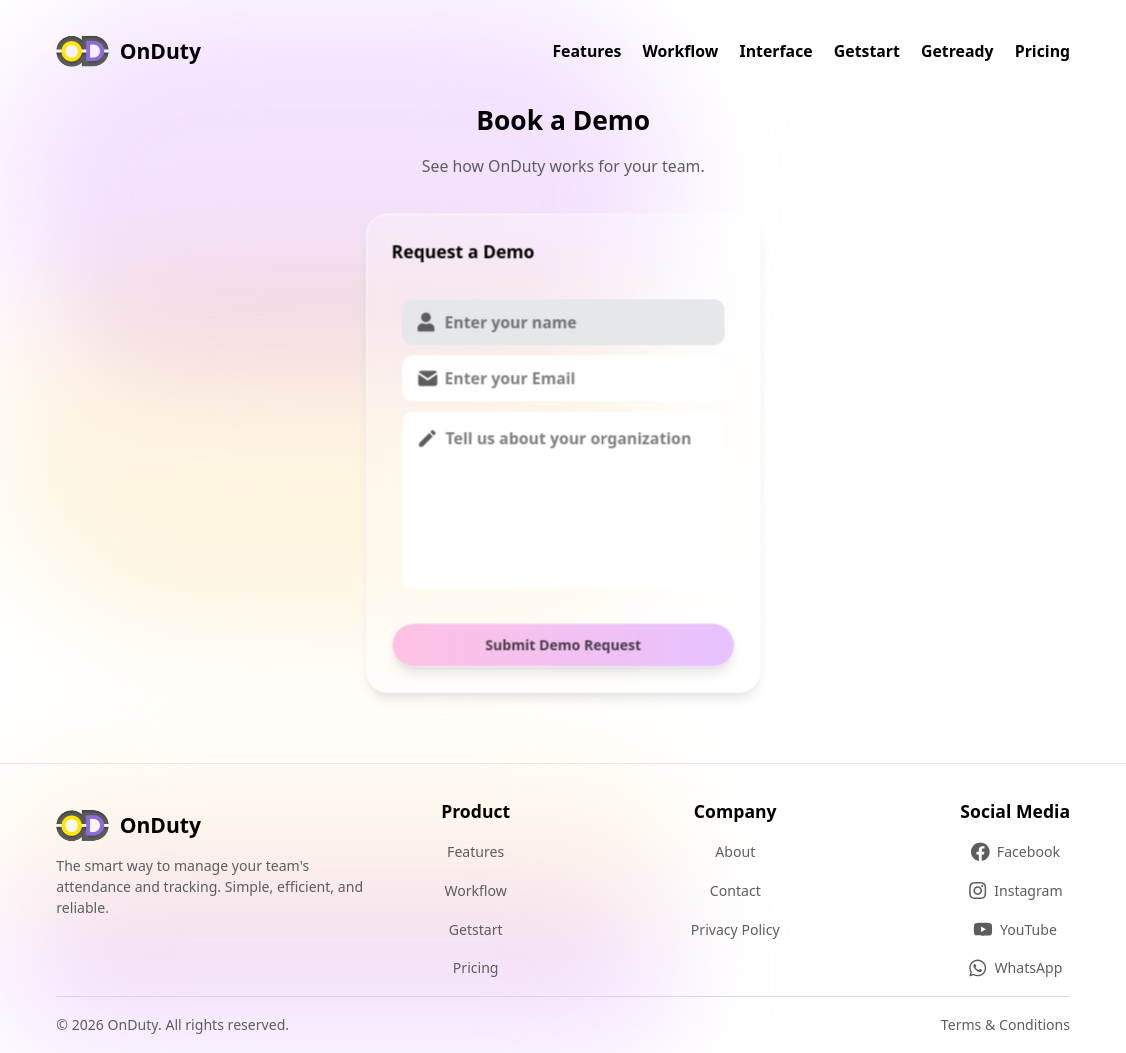
Repository: shekharzorin/ONDUTY-V1
Page: /bookdemo
An editor plug-in stored every save of this project. The page is shown before and after the next save, followed by the edit.
The browser window is 1280 px wide. The pictures show the whole page, at 88% of full size.
The project was rebuilt for these pictures with package versions that can differ from the ones it lists, and the page was loaded fresh each time. The framework's server and built-in components were replaced by stand-ins that run in the browser. Also part of the build but not shown: next.config.mjs, vite.config.js, app/components/ui/Crossicon.tsx.

Above is the page before, as saved 2026-01-17 17:04:41.

After the next save:
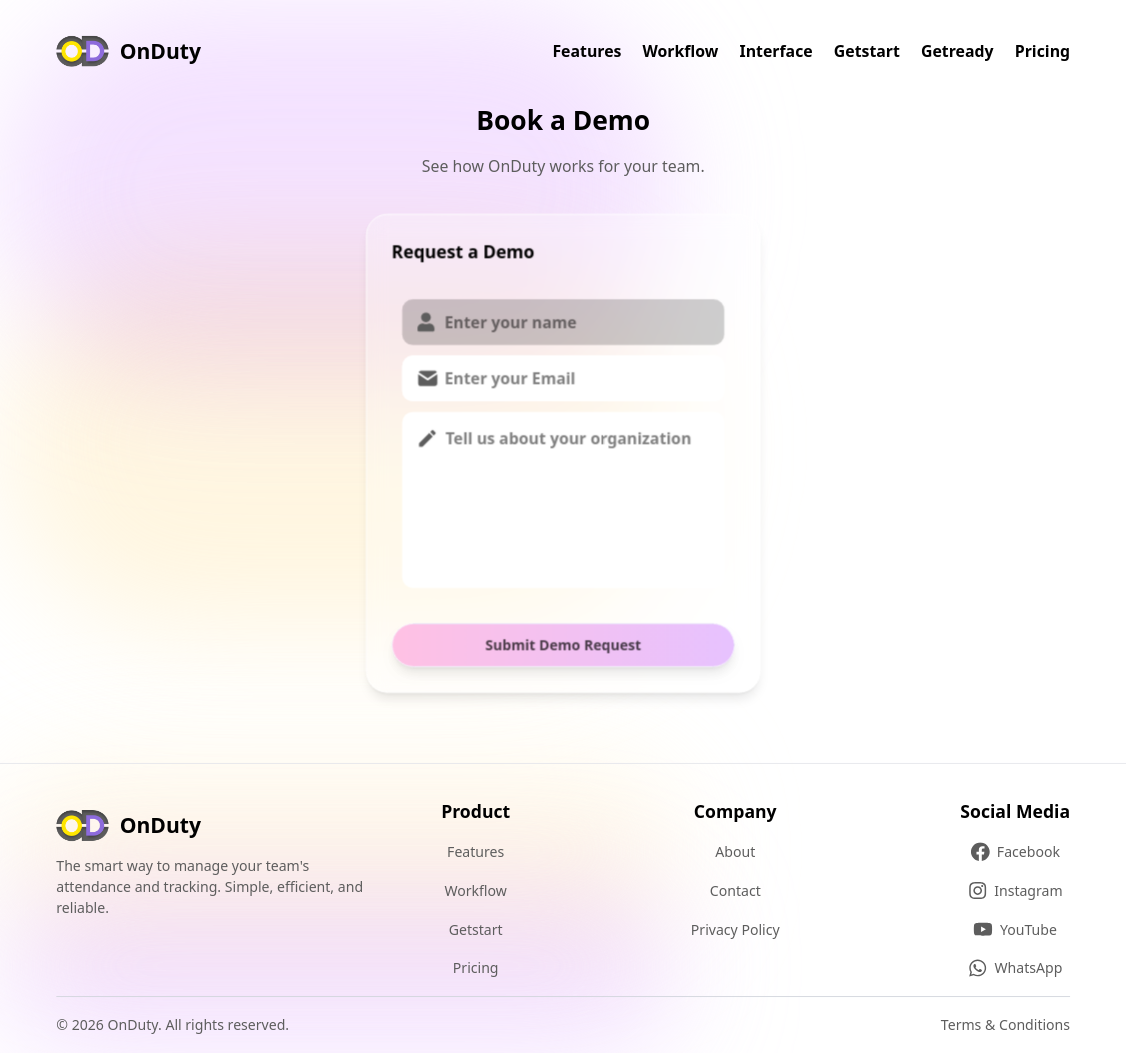
Saved 15 s later.
--- a/app/components/sections/bookdemo.tsx
+++ b/app/components/sections/bookdemo.tsx
@@ -54,7 +54,7 @@ const Bookdemo = () => {
             value={form.name}
             onChange={(v) => handleChange("name", v)}
             placeholder="Enter your name"
-            className="rounded-xl bg-gray-200 font-semibold md:text-lg text-black"
+            className="rounded-xl bg-black/10 font-semibold md:text-lg text-black"
           />
           <Inputbox
             icon={<TbMailFilled size={26} />}
